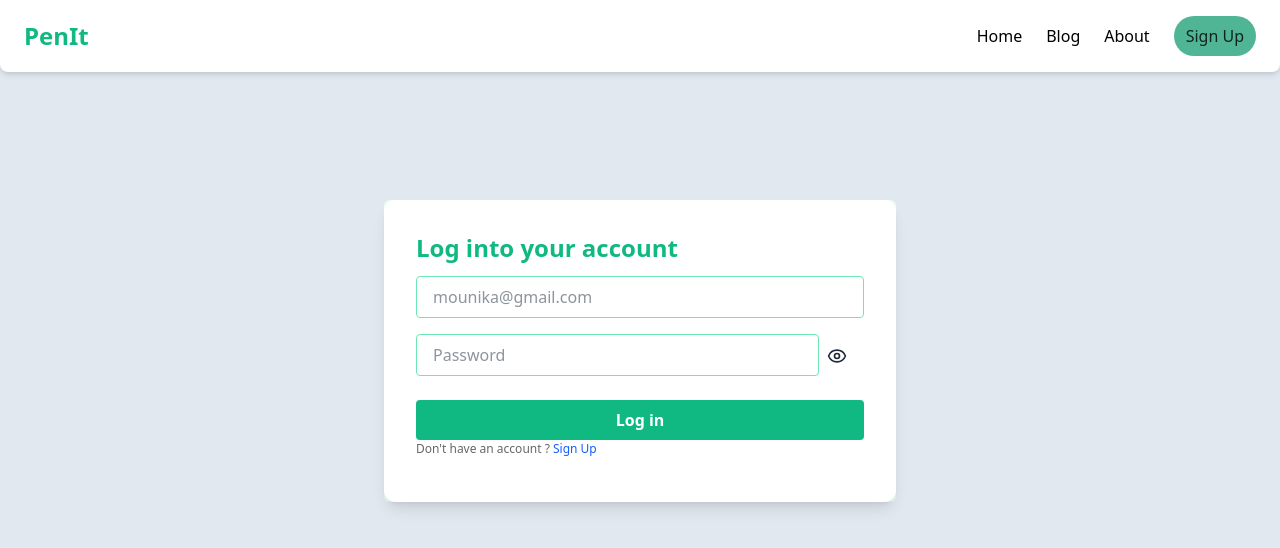
Repository: Mounika-chukkala/PenIt
Page: /signin (app in frontend/)
An editor plug-in stored every save of this project. The page is shown before and after the next save, followed by the edit.
The browser window is 1280 px wide. The pictures show the whole page.
The project was rebuilt for these pictures with package versions that can differ from the ones it lists, and the page was loaded fresh each time. Also part of the build but not shown: frontend/vite.config.js, frontend/src/Pages/Signup.jsx, frontend/src/components/CreateBlog.jsx, frontend/src/Pages/AddBlog.jsx.

Above is the page before, as saved 2025-05-23 13:33:59.

### frontend/src/main.jsx
import { StrictMode } from 'react'
import { createRoot } from 'react-dom/client'
import './index.css'
import { Toaster } from 'react-hot-toast'
// import {BrowserRouter} from "react-router-dom"
import { BrowserRouter } from 'react-router-dom'
import App from './App.jsx'

createRoot(document.getElementById('root')).render(
  <StrictMode>
    <BrowserRouter>
    {/* <Toaster> */}

    <App />
    {/* </Toaster> */}
    </BrowserRouter>
  </StrictMode>,
)

### frontend/src/index.css
@import "tailwindcss";


/* :root {
  font-family: system-ui, Avenir, Helvetica, Arial, sans-serif;
  line-height: 1.5;
   font-weight: 400;

  color-scheme: light dark;
  color: rgba(255, 255, 255, 0.87);
  background-color: #242424;

  font-synthesis: none;
  text-rendering: optimizeLegibility;
  -webkit-font-smoothing: antialiased;
  -moz-osx-font-smoothing: grayscale;
}

a {
  font-weight: 500;
  color: #646cff;
  text-decoration: inherit;
}
a:hover {
  color: #535bf2;
}

body {
  margin: 0;
  display: flex;
  place-items: center;
  min-width: 320px;
  min-height: 100vh;
}

h1 {
  font-size: 3.2em;
  line-height: 1.1;
}

button {
  border-radius: 8px;
  border: 1px solid transparent;
  padding: 0.6em 1.2em;
  font-size: 1em;
  font-weight: 500;
  font-family: inherit;
  background-color: #1a1a1a;
  cursor: pointer;
  transition: border-color 0.25s;
}
button:hover {
  border-color: #646cff;
}
button:focus,
button:focus-visible {
  outline: 4px auto -webkit-focus-ring-color;
}

@media (prefers-color-scheme: light) {
  :root {
    color: #213547;
    background-color: #ffffff;
  }
  a:hover {
    color: #747bff;
  }
  button {
    background-color: #f9f9f9;
  }
} */

### frontend/src/App.jsx
import { useState } from 'react'
import { Route, Routes } from 'react-router-dom'
// import './App.css'
import Signin from './Pages/Signin'
import Signup from './Pages/Signup'
import Navbar from './components/Navbar'
// import Layout from "./Pages/Layout"
import CreateBlog from './components/CreateBlog'
import AddBlog from './Pages/AddBlog'
function App() {

  return (
    <div className="bg-slate-200 w-screen h-screen ">

  <Routes>
    <Route path="/" element={<Navbar/>}>
        <Route path="/signin" element={<Signin/>}></Route>
    <Route path="/signup" element={<Signup/>}></Route>
    <Route path="/create-blog" element={<CreateBlog/>}></Route>
        <Route path="/add-blog" element={<AddBlog/>}></Route>

    {/* <Route path="/search-blog" element={}></Route> */}
    {/* <Route path="*" element={}></Route> */}
    </Route>

  </Routes>
      </div>

  )
}

export default App

### frontend/src/Pages/Signin.jsx
import React, { useState } from 'react'
import { Eye,EyeOff } from 'lucide-react';
import { Link } from 'react-router-dom';
function Signin() {
    const [userData, setUserData] = useState({
    name: "",
    email: "",
    password: "",
  });
const [isVisible,setVisible]=useState(false)
  async function handleSubmit() {
    console.log("hello")
    let data = await fetch("http://localhost:3000/api/v1/signin", {
      method: "POST",
      body: JSON.stringify(userData),
      headers: {
        "Content-Type": "application/json",
      },
    });

    let res = await data.json();
    console.log(res)
alert(res.message)
    if(!res.success){
        toast.error(res.message);

    }
    else{
        toast.success(res.message);
        localStorage.setItem("User",JSON.stringify(res.user));
    }
  }

  return (
        <div className="max-h-screen max-w-[40%] rounded-md m-auto mt-[10%] flex bg-[#F0FDF4] text-[#1E293B]">
      {/* Left side visual placeholder
      <div className="w-1/2 flex flex-col justify-center items-center p-10 bg-gradient-to-br from-[#6EE7B7] to-[#A7F3D0]">
        <h1 className="text-4xl font-bold text-[#059669] mb-4">PenIt</h1>
        <p className="text-xl text-[#1E293B] text-center">
          Express your thoughts with style.<br /> A clean and calm blogging space.
        </p>
      </div>

      {/* Right side sign up form */}
      {/* <div className="w-1/2 flex justify-center items-center p-10"> */}
        <div className="bg-white p-8 rounded-xl shadow-lg w-full ">
          <h2 className="text-2xl font-bold mb-3 text-[#10B981]">Log into your account</h2>
          <input
            className="w-full mb-4 px-4 py-2 border border-[#6EE7B7] rounded focus:outline-none focus:ring-2 focus:ring-[#10B981]"
            type="email"
            placeholder="mounika@gmail.com"
            onChange={(e) => setUserData({ ...userData, email: e.target.value })}
          />

                            <div className="w-full flex gap-2">
                       <input
                        className="w-[90%] mb-6 px-4 py-2 border border-[#6EE7B7] rounded focus:outline-none focus:ring-2 focus:ring-[#10B981]"
                        type={isVisible?"text":"password" }
                        placeholder="Password"
                        onChange={(e) => setUserData({ ...userData, password: e.target.value })}
                      />
                       <div  className="pt-3" onClick={()=>setVisible(!isVisible)}>
             {isVisible ? <EyeOff size={20} /> : <Eye size={20} />}
                       </div>
                       </div>
          <button
            onClick={handleSubmit}
            className="w-full bg-[#10B981] hover:bg-[#059669] text-white py-2 rounded font-semibold transition duration-200"
          >
            Log in
          </button>
          <p className="text-[12px] text-black/60 mb-3">Don't have an account ? <Link to="/signup"><span className="text-blue-600">Sign Up</span></Link></p>

        </div>
      </div>
    // </div>
  )
}

export default Signin

### frontend/src/components/Navbar.jsx
import React, { useEffect, useState } from "react";
import { Link } from "react-router-dom";
import { Outlet } from "react-router-dom";
export default function Navbar() {
  const [isLogged, setLogged] = useState(false);
  const item = localStorage.getItem("User");
  useEffect(()=>{
  if (item!=null) {
    setLogged(true);
  }
},isLogged)
  return (
    <>
    <nav className="bg-white shadow-md px-6 py-4 flex justify-between items-center rounded-b-lg">
      <h1 className="text-2xl font-bold text-[#10B981]">PenIt</h1>
      <ul className="flex space-x-6 font-medium">
        <li className="hover:text-[#059669] pt-2 cursor-pointer">Home</li>
        <li className="hover:text-[#059669] pt-2 cursor-pointer">Blog</li>
        <li className="hover:text-[#059669] pt-2 cursor-pointer">About</li>
        <Link to="/signup">
        <li className="bg-[#059669]/70 rounded-3xl px-3 py-2 text-black/80 transform hover:scale-120 transition duration-300 ease-in-out  hover:text-white cursor-pointer">
{/* {isLogged?"Log out":"Sign up"} */}
    Sign Up
          </li>
        </Link>
      </ul>
    </nav>
    <Outlet/>
        </>

  );
}

Loaded but not shown: frontend/index.html (common file)

After the next save:
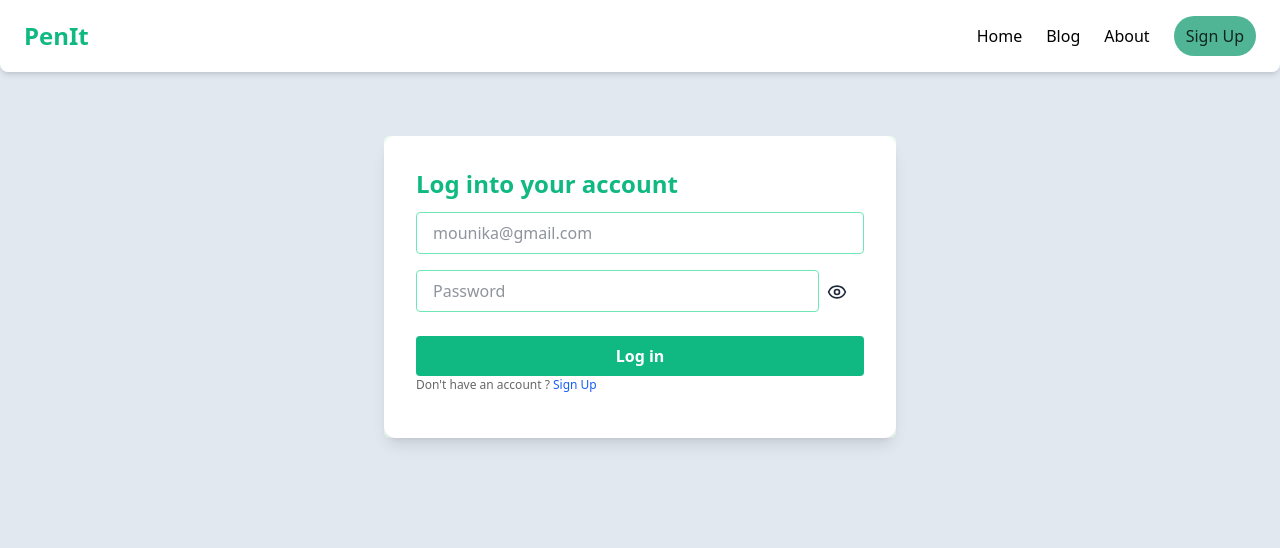
Saved 15 s later.
--- a/frontend/src/Pages/Signin.jsx
+++ b/frontend/src/Pages/Signin.jsx
@@ -32,7 +32,7 @@ alert(res.message)
   }
 
   return (
-        <div className="max-h-screen max-w-[40%] rounded-md m-auto mt-[10%] flex bg-[#F0FDF4] text-[#1E293B]">
+        <div className="max-h-screen max-w-[40%] rounded-md m-auto mt-[5%] flex bg-[#F0FDF4] text-[#1E293B]">
       {/* Left side visual placeholder
       <div className="w-1/2 flex flex-col justify-center items-center p-10 bg-gradient-to-br from-[#6EE7B7] to-[#A7F3D0]">
         <h1 className="text-4xl font-bold text-[#059669] mb-4">PenIt</h1>
